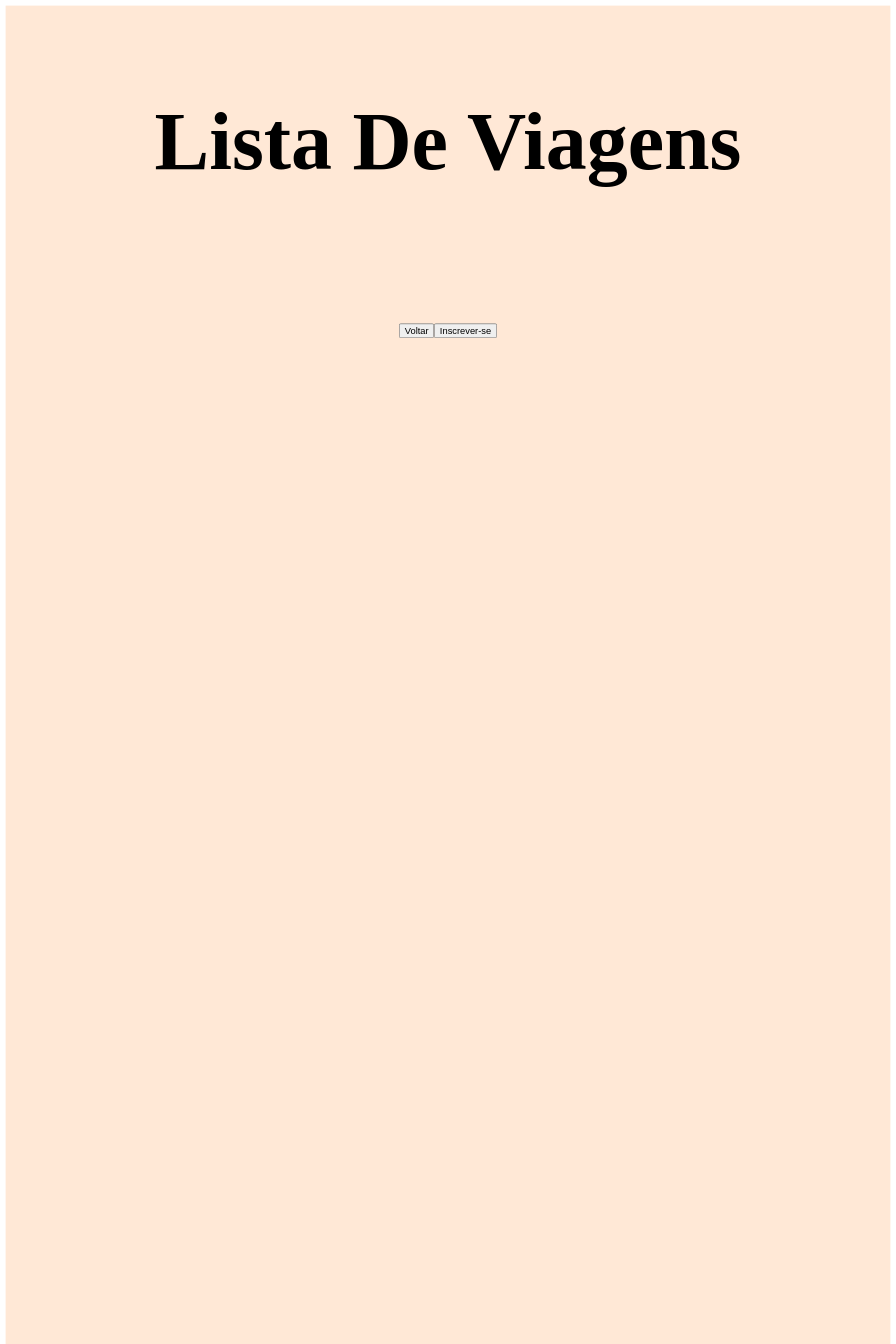
Repository: future4code/Clarice-Passos
Page: /trips/list (app in Semana10/LabeX/labex/)
An editor plug-in stored every save of this project. The page is shown before and after the next save, followed by the edit.
The browser window is 1280 px wide. The pictures show the part of the page from y = 0 to 1920 px (the page is 7236 px tall), at 70% of full size.
The page's requests for data from a server got no answer. The project was rebuilt for these pictures with package versions that can differ from the ones it lists, and the page was loaded fresh each time. No one was signed in, and anything a server would have sent is missing. Also part of the build but not shown: Semana10/LabeX/labex/src/customHooks/UseProtectePage.js, Semana10/LabeX/labex/src/customHooks/UseRequestData.js, Semana10/LabeX/labex/src/pages/AdminHomePage.js, Semana10/LabeX/labex/src/pages/HomePage.js, Semana10/LabeX/labex/src/pages/CreateTripPage.js, Semana10/LabeX/labex/src/components/SelectPais.js, Semana10/LabeX/labex/src/pages/ApplicationFormPage.js, Semana10/LabeX/labex/src/pages/TripDetailsPage.js and 1 more.

Above is the page before, as saved 2021-08-22 20:57:39.

### Semana10/LabeX/labex/src/App.js
import React from "react";
import { Router } from "./route/Router";



function App() {
  return (
  <div>
    <Router/>
  </div>
  )
}

export default App;

### Semana10/LabeX/labex/src/route/Router.js
import React from "react"
import { AreaAdministrativa } from "../pages/AdminHomePage";
import { HomePage } from "../pages/HomePage";
import { ListaDeViagens } from "../pages/ListTripsPage";
import { BrowserRouter, Switch, Route } from "react-router-dom";
import { CriarNovaViagem } from "../pages/CreateTripPage";
import {FormularioInscricao} from "../pages/ApplicationFormPage";
import { DetalhesViagem } from "../pages/TripDetailsPage";
import { Login } from "../pages/LoginPage";

export const Router = () => {
    return(
<BrowserRouter>
<Switch>

  <Route exact path={"/"}>
    <HomePage />
  </Route>

  <Route exact path={"/admin/trips/list"}>
    <AreaAdministrativa />
  </Route>

  <Route exact path={"/trips/application"}>
    <FormularioInscricao />
  </Route>

<Route exact path={"/trips/list"}>
    <ListaDeViagens />
  </Route>

  <Route exact path={"/admin/trips/create"}>
    <CriarNovaViagem />
  </Route>

  <Route exact path={"/admin/trips/:id"}>
    <DetalhesViagem />
  </Route>

  <Route exact path={"/login"}>
    <Login />
  </Route>

  <Route>
    <div>Página não encontrada</div>
  </Route>

</Switch>
</BrowserRouter>
    )
}

### Semana10/LabeX/labex/src/pages/ListTripsPage.js
import React, { useEffect, useState } from "react"
import { useHistory } from "react-router"
import axios from "axios"
import styled from "styled-components"

const CardViagem = styled.div`
border: solid 1px black;
height: 200px;
`
const Conteiner = styled.div`
background-color: #ffe8d6;
height: 1000vh;
text-align: center;
font-size: 100px;
padding: 10px;
`

export const ListaDeViagens = () => {
    const history = useHistory()

    const voltar = () => {
        history.goBack()
    }

    const inscrever = () => {
        history.push("/trips/application")
    }

    const [viagem, setViagem] = useState([])

    const pegaViagens = () => {
        axios
            .get(
                "https://us-central1-labenu-apis.cloudfunctions.net/labeX/clarice-passos-lovelace/trips"
                )
            .then((res) => {
                setViagem(res.data.trips)
            })
            .catch((err) => {
                console.log(err.response)
            });
    }

    useEffect (() => {
        pegaViagens()
    }, []);

    const listaDeViagens = viagem && viagem.map((lista) => {
        return(
            <CardViagem>
                <p>Nome:{lista.name}</p>
                <p>Descrição:{lista.description}</p>
                <p>Planeta:{lista.planet}</p>
                <p>Duração:{lista.durationInDays}</p>
                <p>Data:{lista.date}</p>
            </CardViagem>
        )
    }
    )

    return (
        <Conteiner>
            <h3>Lista De Viagens</h3>
            {listaDeViagens}
            <button onClick={voltar}>Voltar</button>
            <button onClick={inscrever}>Inscrever-se</button>
        </Conteiner>
    )
}

Loaded but not shown: Semana10/LabeX/labex/public/index.html (common file); Semana10/LabeX/labex/src/index.js (common file)

After the next save:
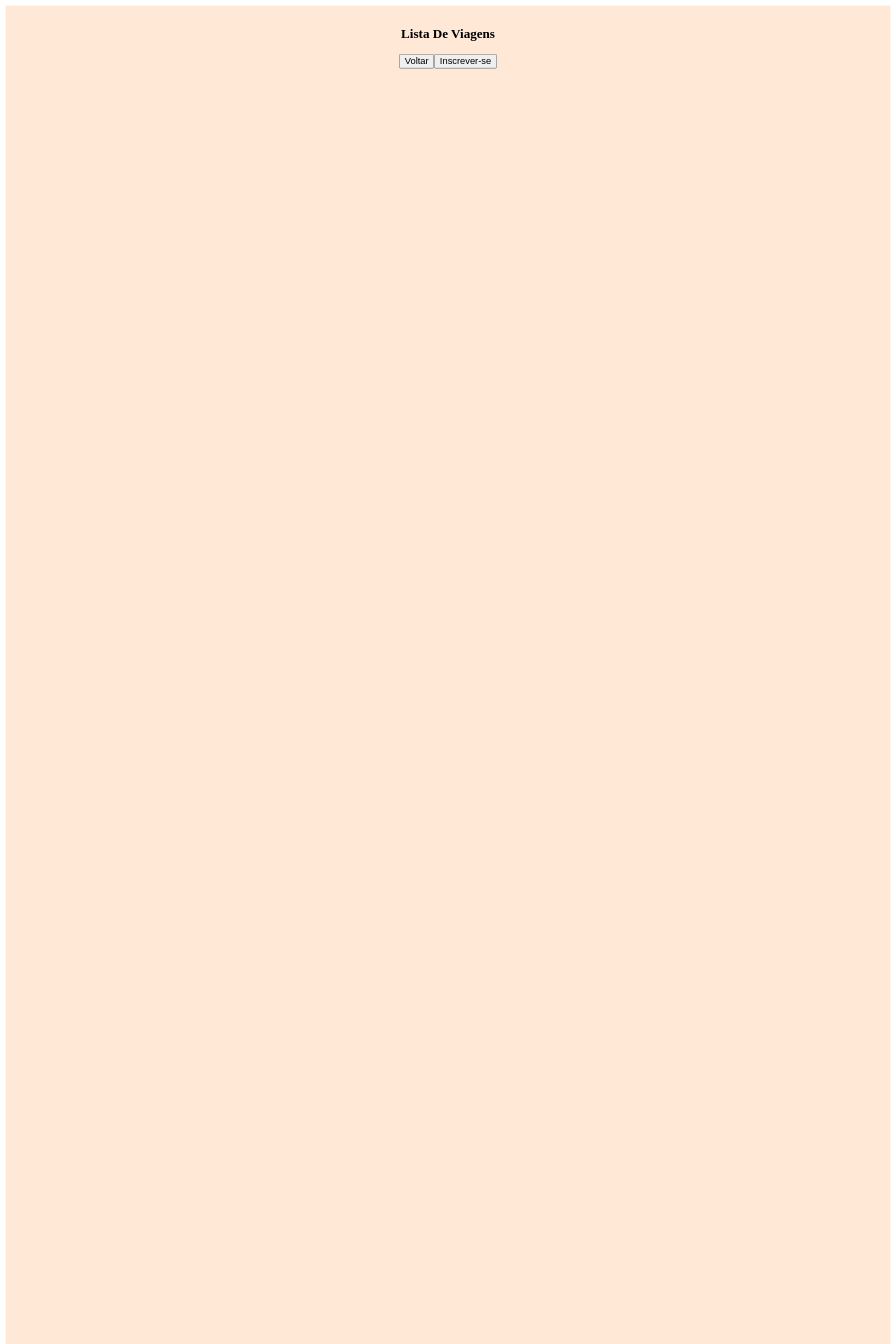
Saved 13 s later.
--- a/Semana10/LabeX/labex/src/pages/ListTripsPage.js
+++ b/Semana10/LabeX/labex/src/pages/ListTripsPage.js
@@ -11,7 +11,6 @@
 background-color: #ffe8d6;
 height: 1000vh;
 text-align: center;
-font-size: 100px;
 padding: 10px;
 `
 
